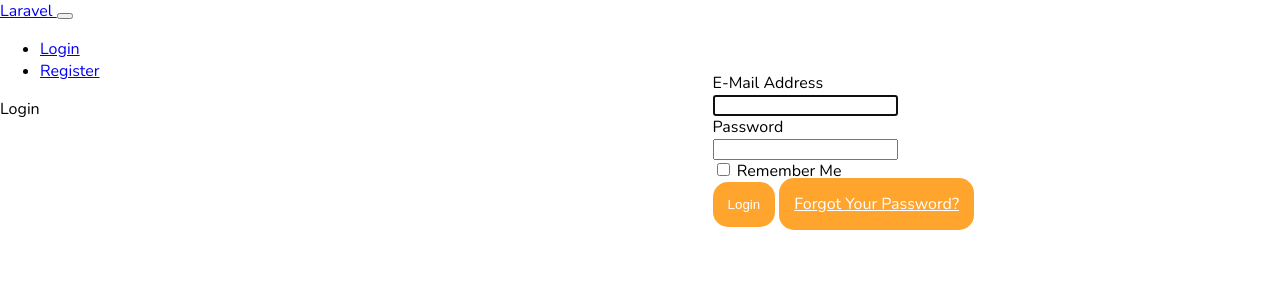
Repository: PatryxB/libraryBook
Page: http://localhost/login
These files come from the project's save history. The page is drawn as it stood at one moment and after the next save; the edit follows.
The browser window is 1280 px wide. The pictures show the whole page.
The page is served by the project's Laravel application, run on PHP 8.4 with Laravel 8. Style sheets and scripts are compiled from the project's sources, by tool versions that may differ from the author's.

Above is the page before, as saved 2020-05-14 13:45:18.

After the next save:
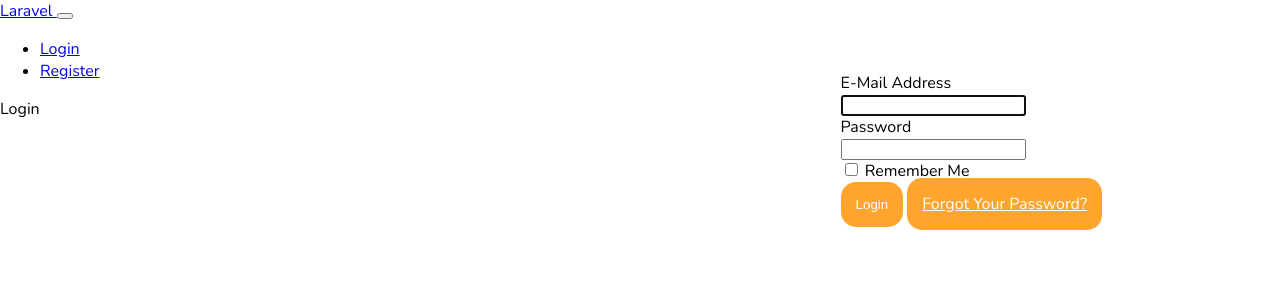
Saved 20 s later.
--- a/resources/sass/app.scss
+++ b/resources/sass/app.scss
@@ -26,7 +26,7 @@ html, body{
 form{
     position: absolute;
     top: 10%;
-    right: 20%;
+    right: 10%;
     background-color: white;
     padding: 50px;
     padding-top: 0;
